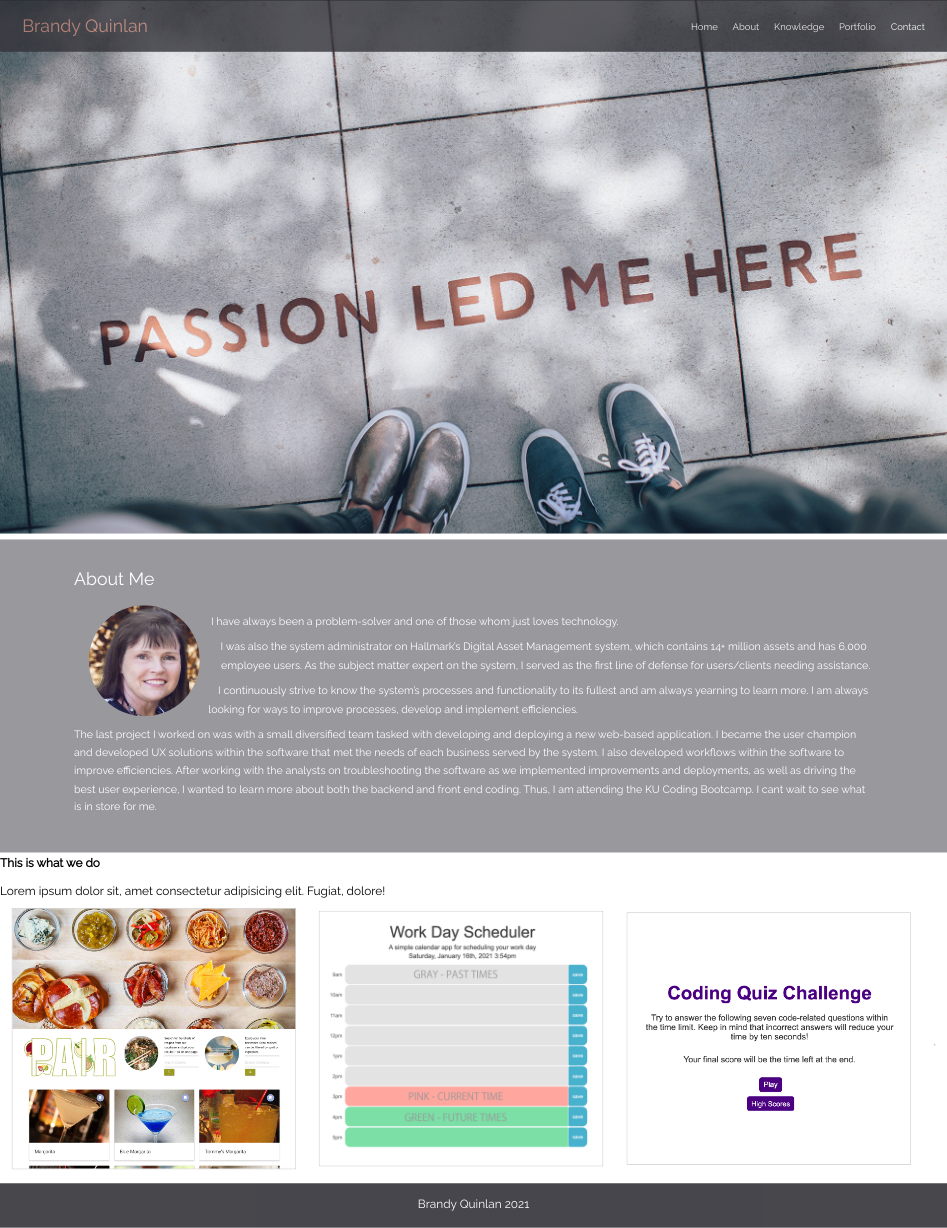
Repository: brandyquinlan/brandyquinlan
Page: index.html
These files come from the project's save history. The page is drawn as it stood at one moment and after the next save; the edit follows.
The browser window is 1280 px wide. The pictures show the whole page, at 74% of full size.
Some web libraries are served in a nearby version.

Above is the page before, as saved 2021-02-05 11:54:23.

After the next save:
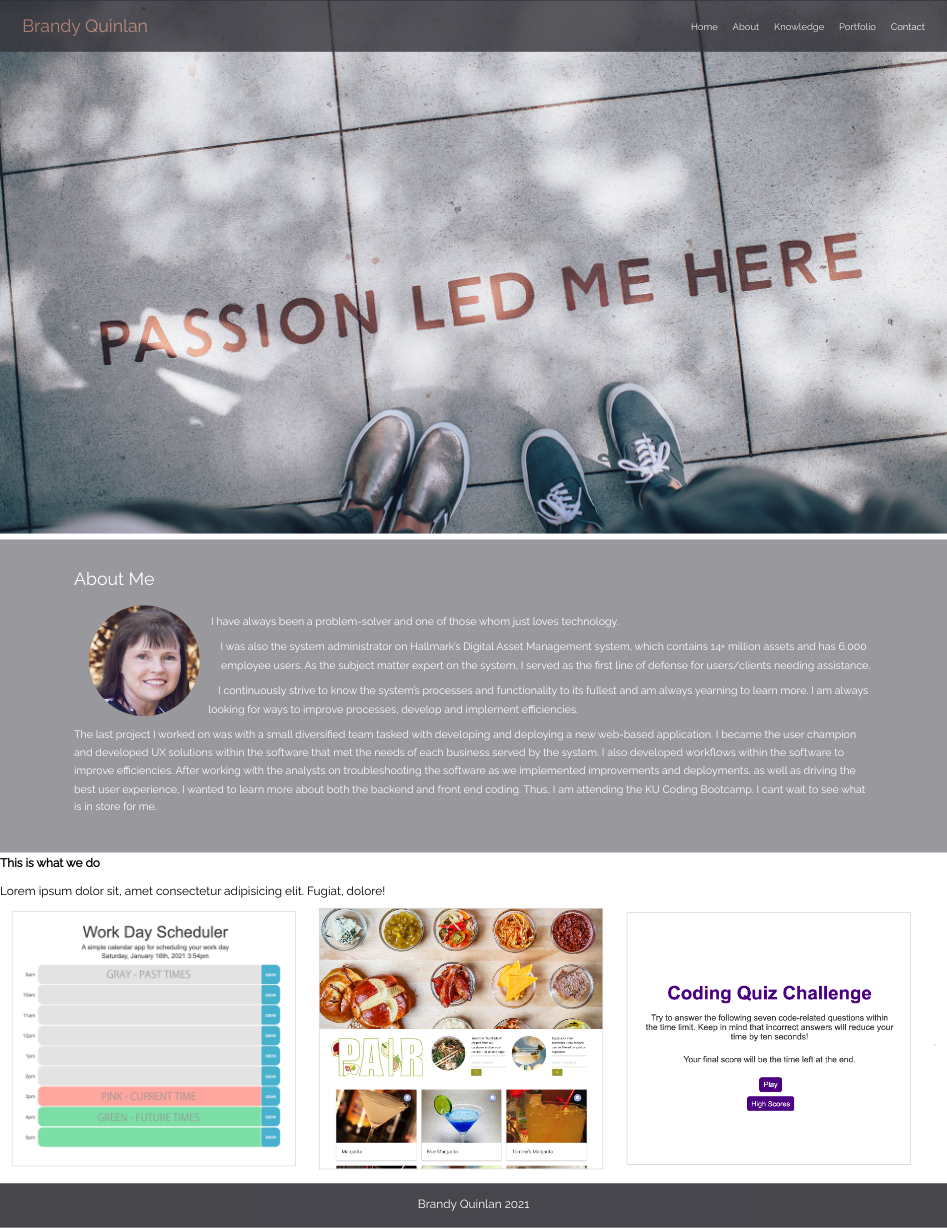
Saved 4 min 34 s later.
--- a/index.html
+++ b/index.html
@@ -68,11 +68,12 @@
         </header>
         <div class="row">
             <div class="projectsGallery">
+
+                <a href="https://brandyquinlan.github.io/HW05_Day_Planner/">
+                    <img src="img/day_planner.png" alt="" />
+                </a>
                 <a href="https://brandyquinlan.github.io/PAIR/">
                     <img src="/img/PAIR.png" alt="" />
-                </a>
-                <a href="https://brandyquinlan.github.io/HW05_Day_Planner/">
-                    <img src="img/day_planner.png" alt="" />
                 </a>
                 <a href="https://brandyquinlan.github.io/HW04_Coding_Quiz/">
                     <img src="img/code-quiz.png" alt="Code Quiz Project" />
